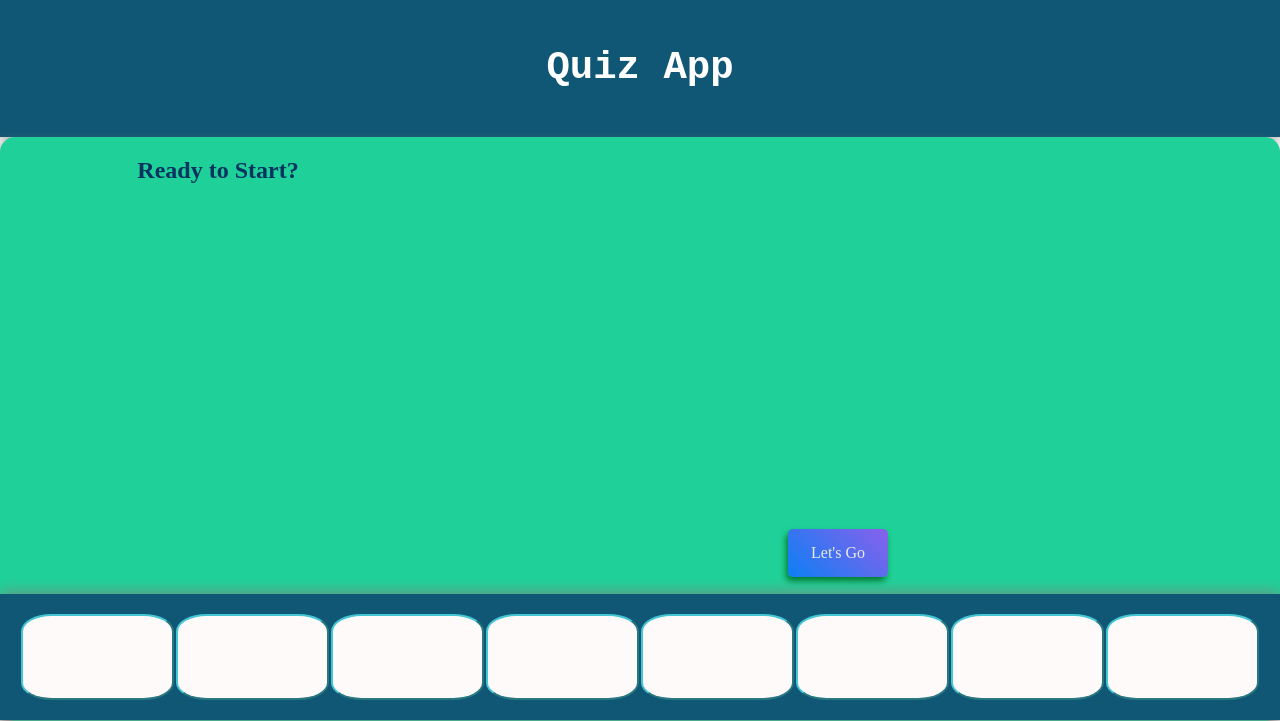
Repository: tpic12/quiz_app
Page: index.html
The author's editor kept a copy of each file at every save. The page is drawn from the files as they stood at one save, then again after the next save.
The browser window is 1280 px wide. The pictures show the whole page.

Above is the page before, as saved 2019-12-28 15:43:03.

After the next save:
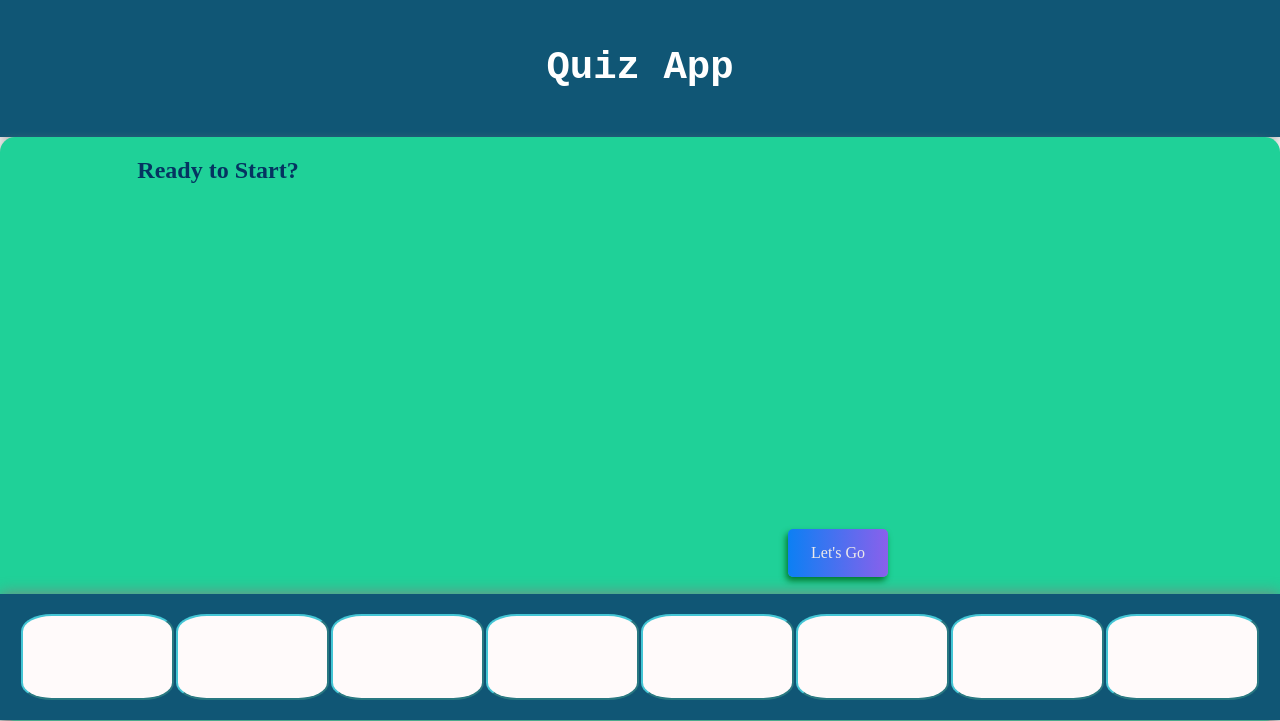
Saved 4 s later.
--- a/app.css
+++ b/app.css
@@ -47,7 +47,7 @@ button {
   margin: 30%;
   margin-bottom: 10%;
   color: hsl(0, 7%, 92%);
-  background: linear-gradient(45deg, hsl(210, 91%, 50%), hsl(258, 78%, 65%));
+  background: linear-gradient(90deg, hsl(210, 91%, 50%), hsl(258, 78%, 65%));
   border: none;
   max-width: 130px;
   min-width: 100px;
